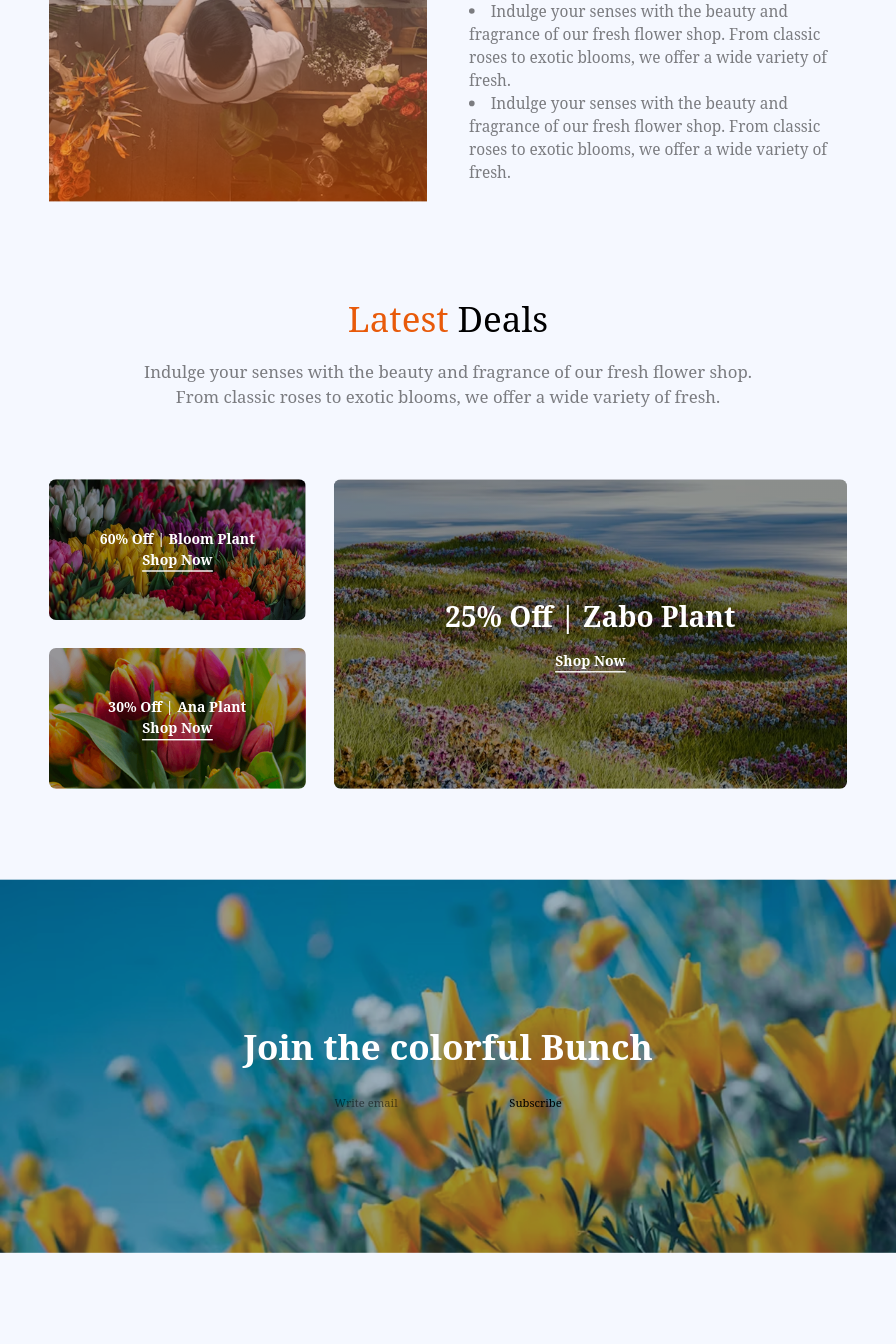
Repository: nahid-hasann/website-7
Page: index.html
These files come from the project's save history. The page is drawn as it stood at one moment and after the next save; the edit follows.
The browser window is 1280 px wide. The pictures show the part of the page from y = 2514 to 4434 px (the page is 4434 px tall), at 70% of full size.
Some web libraries are served in a nearby version.

Above is the page before, as saved 2025-07-24 21:19:19.

### index.html
<!DOCTYPE html>
<html lang="en">
<head>
    <meta charset="UTF-8">
    <meta name="viewport" content="width=device-width, initial-scale=1.0">
    <title> website-7 </title>
    <link rel="stylesheet" href="style.css">
     <script src="https://cdn.jsdelivr.net/npm/@tailwindcss/browser@4"></script>
    <link rel="stylesheet" href="https://cdnjs.cloudflare.com/ajax/libs/font-awesome/7.0.0/css/all.min.css" integrity="sha512-DxV+EoADOkOygM4IR9yXP8Sb2qwgidEmeqAEmDKIOfPRQZOWbXCzLC6vjbZyy0vPisbH2SyW27+ddLVCN+OMzQ==" crossorigin="anonymous" referrerpolicy="no-referrer" />
   <link rel="preconnect" href="https://fonts.googleapis.com">
<link rel="preconnect" href="https://fonts.gstatic.com" crossorigin>
<link href="https://fonts.googleapis.com/css2?family=Noto+Serif:ital,wght@0,100..900;1,100..900&display=swap" rel="stylesheet">
</head>
<body class="noto-serif-nahid">


    <header>
        <nav>
            <div class="nav-logo">
                <img src="assets/logo.png" alt="">
            </div>
            <div class="nav-menu">
                <ul>
                    <li class="ul-li" style="color: black; font-weight: bold;">Home</li>
                    <li class="ul-li" >Shop</li>
                    <li class="ul-li" >About us</li>
                    <li class="last-li" style="color: black;"><i class="fa-solid fa-cart-shopping"></i>Cart ($56)</li>
                </ul>
            </div>
        </nav>
    </header>

    <main>

        <section class="banner">
            <div class="banner-section">
                <div class="banner-description">
                    <h1>ALWAYS <span style="color: #e85a0a;">FRESH <br> FLOWERS</span></h1>
                    <p>Indulge your senses with the beauty and fragrance of our fresh flower shop. From classic roses to exotic blooms, we offer a wide variety of fresh flowers that are perfect for any occasion.  </p>
                </div>
                <div class="banner-img">
                    <img src="assets/hero-flower.png" alt="">
                </div>
            </div>
        </section>

        <section class="plants-section">
             <h1> <span style="color: #e85a0a;">Our</span> Plants</h1>
             <p>Indulge your senses with the beauty and fragrance of our fresh flower shop. From classic roses to exotic blooms, we offer a wide variety of fresh.</p>
             <div class="plants-card">
                <div class="card">
                    <img src="assets/sample-flower-image.png" alt="">
                    <h4>Lily Blossom</h4>
                    <h2>20 USD</h2>
                    <button class="btn">ADD TO CART</button>
                </div>
                 <div class="card">
                    <img src="assets/sample-flower-image.png" alt="">
                    <h4>Lily Blossom</h4>
                    <h2>20 USD</h2>
                    <button class="btn">ADD TO CART</button>
                </div>
                 <div class="card">
                    <img src="assets/sample-flower-image.png" alt="">
                    <h4>Lily Blossom</h4>
                    <h2>20 USD</h2>
                    <button class="btn">ADD TO CART</button>
                </div>
                 <div class="card">
                    <img src="assets/sample-flower-image.png" alt="">
                    <h4>Lily Blossom</h4>
                    <h2>20 USD</h2>
                    <button class="btn">ADD TO CART</button>
                </div>
                 <div class="card">
                    <img src="assets/sample-flower-image.png" alt="">
                    <h4>Lily Blossom</h4>
                    <h2>20 USD</h2>
                    <button class="btn">ADD TO CART</button>
                </div>
                 <div class="card">
                    <img src="assets/sample-flower-image.png" alt="">
                    <h4>Lily Blossom</h4>
                    <h2>20 USD</h2>
                    <button class="btn">ADD TO CART</button>
                </div>
                 <div class="card">
                    <img src="assets/sample-flower-image.png" alt="">
                    <h4>Lily Blossom</h4>
                    <h2>20 USD</h2>
                    <button class="btn">ADD TO CART</button>
                </div>
                 <div class="card">
                    <img src="assets/sample-flower-image.png" alt="">
                    <h4>Lily Blossom</h4>
                    <h2>20 USD</h2>
                    <button class="btn">ADD TO CART</button>
                </div>
             </div>
        </section>

        <section class="plants-lover-section">
            <div class="plants-lover-div">
                <div class="plants-lover-img">
                <img src="assets/flower-store.png" alt="">
                <div class="badge">
                    <img class="badge-img" src="assets/trusted-badge.png" alt="">
                </div>
            </div>
            <div class="plants-lover-content">
                <h1>Flower & Plants Lover</h1>
                <or>
                    <li>Indulge your senses with the beauty and fragrance of our fresh flower shop. From classic roses to exotic blooms, we offer a wide variety of fresh.</li>
                    <li>Indulge your senses with the beauty and fragrance of our fresh flower shop. From classic roses to exotic blooms, we offer a wide variety of fresh.</li>
                    <li>Indulge your senses with the beauty and fragrance of our fresh flower shop. From classic roses to exotic blooms, we offer a wide variety of fresh.</li>
                </or>
            </div>
            </div>
        </section>

        <section class="offer-main-section">

            <h1 class="text-[50px]"><span style="color: #e85a0a;">Latest</span>  Deals</h1>
            <p>Indulge your senses with the beauty and fragrance of our fresh flower shop. <br> From classic roses to exotic blooms, we offer a wide variety of fresh.</p>

           <div class="offer-section">
            <div class="card card-1">
                 <h3>60% Off | Bloom Plant</h3>
                 <a href="#">Shop Now</a>
            </div>
            <div class="card big-card">
                <h2>25% Off | Zabo Plant</h2>
                <a href="#">Shop Now</a>
            </div>
            <div class="card card-2">
                 <h3>30% Off | Ana Plant</h3>
                 <a href="#">Shop Now</a>
            </div>

           </div>

  </section>

  <section class="subscribe-section">

    <h1>Join the colorful Bunch</h1>

    <div class="subscibe">
        <input type="text" name="" placeholder="Write email" id="">
        <button>Subscribe</button>
    </div>
  </section>


    </main>




</body>
</html>

### style.css


*{
    margin: 0;
    padding: 0;
    box-sizing: border-box;
}


.noto-serif-nahid {
  font-family: "Noto Serif", serif;
  font-optical-sizing: auto;
  font-style: normal;
  font-variation-settings:
    "wdth" 100;
}

body{
    background-color: #f5f8ff;
}



/* header suru  */

header{
   margin: 20px auto;
   max-width: 1140px;
}

nav{
    display: flex;
    justify-content: space-between;
    align-items: center;
}

.nav-logo img{
    width: 100%;
}

.nav-menu ul{
     display: flex;
     gap: 30px;
     align-items: center;
     justify-content: center;
     margin: auto 0;
}

.nav-menu ul li{
    color: rgba(137, 135, 161, 1);
    font-weight: 400;
}


/* header sesh  */

/* banner-section  */

.banner{
    margin: 230px auto 130px auto;
    max-width: 1140px;

}

.banner-section{
     display: flex;
     align-items: end;
     justify-content: center;
}

.banner-description h1{
    font-size: 65px;
    font-weight: 800;

}

.banner-description p{
    font-size: 22px;
    color: #7b7c80;
}

.banner-img img{
    max-width: 570px;
}

/* banner-section  */

/* plants-section suru */

.plants-section{
    width: 1140px;
    margin: 130px auto;
}

.plants-section h1{
    text-align: center;
    font-size: 50px;
    margin-bottom: 14px;
    font-weight: 700;
}

.plants-card{
    display: grid;
    grid-template-columns: 1fr 1fr 1fr 1fr;
    gap: 30px;
    row-gap: 60px;
    margin-top: 60px;
}

.plants-section p{
    font-size: 22px;
    color: #7b7c80;
    text-align: center;
}

.card {
    display: flex;
    flex-direction: column;
    align-items: center;
    justify-content: center;
}

.card h4{
    font-size: 22px;
    font-weight: 300;
    margin-top: 18px;
}

.card h2{
    font-size: 22px;
    font-weight: 700;
    margin-bottom: 18px;
}

.btn{
    background-color: #e85a0a;
    width: 100%;
    padding: 13px 0;
    color: white;
}

/* plants-section sesh  */

/* plants-lover-section suru  */

.plants-lover-section{
    width: 1140px;
    margin: 180px auto 130px auto;
}



.plants-lover-div{
     display: grid;
     grid-template-columns: 1fr 1fr;
    align-items: center;
    justify-content: center;
    gap: 60px;
}

.plants-lover-img{
    position: relative;
}

.badge-img{
    position: absolute;
    top: -80px;
    right: -80px;
    width: 200px;
    z-index: 999;
     animation-name: zoominout;
    animation-timing-function: ease-in-out;
    animation-iteration-count: infinite;
    animation-duration: 4s;
}

@keyframes zoominout{
    0%, 100%{
        transform: scale(1);
    }

    50%{
        transform: scale(1.1);
    }
}



.plants-lover-content h1{
     font-size: 50px;
     font-weight: 700;
}

.plants-lover-content or li{
    font-size: 22px;
    color: #7b7c80;
}

/* plants-lover-section sesh  */


/* offer-section start  */

.offer-main-section{
    width: 1140px;
    margin: 130px auto;
}

.offer-main-section h1{
    text-align: center;
    margin-bottom: 20px;
}

.offer-main-section p{
    color: #7b7c80;
    text-align: center;
    margin-bottom: 100px;
    font-size: 24px;
}

.offer-section{
    display: grid;
    grid-template-columns: 1fr 2fr;
    margin: auto;
    width: 1140px;
    gap: 40px;
    grid-auto-rows: 201px;
    margin-top: 50px;
}

.card{
    border-radius: 10px;
}

.card h3{
    font-size: 20px;
    font-weight: 600;
    color: white;
}

.card a{
    border-bottom: 2px solid white;
    color: white;
    font-size: 20px;
    font-weight: 600;
}

.big-card h2{
    font-size: 40px;
    color: white;
}

.card-1{
    background: linear-gradient(rgba(0, 0, 0, 0.4), rgba(0, 0, 0, 0.4)), url('assets/deal-bloom.png') ;
    height: 201px;
    grid-column: 1;
    grid-row: 1;
     background-repeat: no-repeat;
    background-position: center;
    background-size: cover;
}

.big-card{
    background: linear-gradient(rgba(0, 0, 0, 0.4), rgba(0, 0, 0, 0.4)),   url('assets/deal-zabo.png');
    grid-column: 2;
    grid-row: span 2;
    background-repeat: no-repeat;
    background-position: center;
    background-size: cover;
}

.card-2{
        background: linear-gradient(rgba(0, 0, 0, 0.4), rgba(0, 0, 0, 0.4)),   url('assets/deal-ana.png');
        height: 201px;
        grid-column: 1;
    grid-row: 2;
     background-repeat: no-repeat;
    background-position: center;
    background-size: cover;
}

/* offer-section end  */

/* subscribe-section start  */

.subscribe-section{
    margin: 130px 0;
    background: url('assets/news-letter-bg.png') ;
    height: 533px;
    display: flex;
    flex-direction: column;
    align-items: center;
    justify-content: center;
}

.subscribe-section h1{
    font-size: 50px;
    text-align: center;
    margin-bottom: 30px;
    color: white;
    font-weight: 700;
}

.subscibe input{
    background-color: ;
}

/* subscribe-section end  */








/* media screen  */

@media screen and (max-width:575px) {
    header{
        width: 100%;
    }

nav{
    margin:0 30px;

}

.nav-logo img{
    width: 63px;
}
    .ul-li{
        display: none;
    }

    .banner{
        max-width: 575px;
        margin-top: 70px ;
        margin-bottom: 70px;
    }

    .banner-section{
        flex-direction: column-reverse;

    }

    .banner-description{
        margin-left: 30px;
    }

    .banner-description h1{
    font-size: 24px;
}

.banner-description p{
    font-size: 14px;
}

.banner-img img{
    max-width: 400px;
    margin-bottom: 80px;
}

.plants-section{
    width: 100% ;
    padding: 0 20px ;
    margin: 70px 0;

}

.plants-card{
    display: grid;
    grid-template-columns: 1fr 1fr;
    gap: 20px;
    row-gap: 40px;
}

.plants-section h1{
    font-size: 24px;
}
.plants-section p{
    font-size: 14px;
}

.card h4{
    font-size: 15px;
}

.card h2{
    font-size: 15px;
}

.btn{
    font-size: 15px;
}

.plants-lover-section{
    width: 100%;
    margin: 70px 0;
    padding: 0 20px;
}

.plants-lover-div{
    grid-template-columns: 1fr;
}

.badge-img{
    display: none;
}


.plants-lover-content h1{
    font-size: 24px;
    margin-top: -30px;
}

.plants-lover-content or li{
    font-size: 14px;
}

.plants-lover-content or li:nth-child(2){
    margin-top: 15px;
    margin-bottom: 15px;
}

.plants-lover-content or li:first-child{
    margin-top: 15px;
}

.offer-main-section{
    width: 100%;
    padding: 0 20px;
    margin-top: 70px ;
    margin-bottom: 70px;
}

.offer-main-section h1{
    font-size: 24px;
}

.offer-main-section p{
    font-size: 14px;
    margin-top: 15px;
}

.offer-section{
    grid-template-columns: 1fr;
    width: 100%;
    margin: 0px 0 70px 0;
    padding: 0 20px;
}

.card h3 {
    font-size: 15px;
}

.card a{
    font-size: 15px;
}

.big-card h2{
    font-size: 15px;
}

.card-1{
    grid-column: 1;
    grid-row: 1;
}

.card-2{
    grid-column: 1;
    grid-row: 2;
}

.big-card{
    grid-column: 1;
    grid-row: 3;
}


}

After the next save:
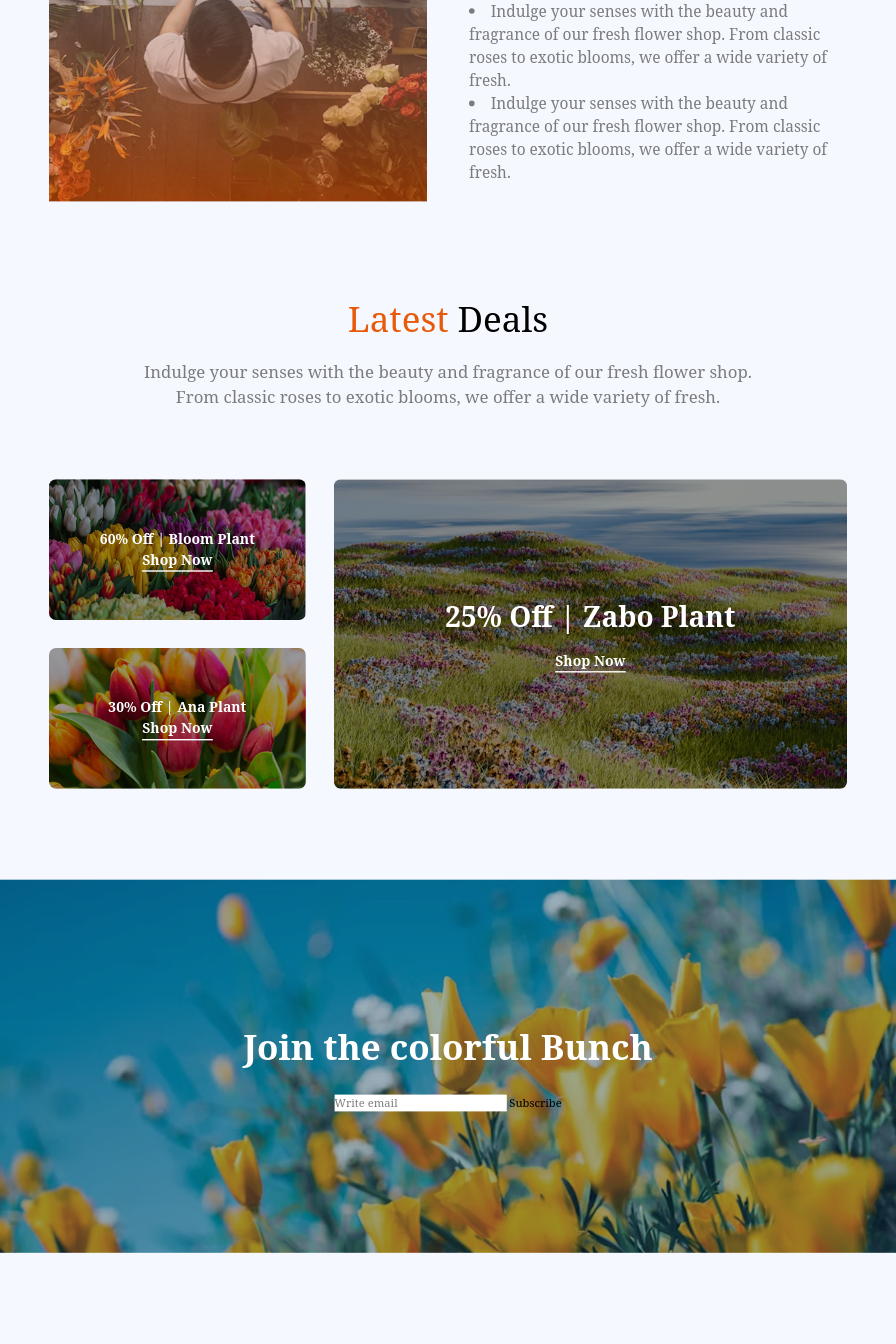
Saved 4 s later.
--- a/style.css
+++ b/style.css
@@ -302,7 +302,7 @@ nav{
 }
 
 .subscibe input{
-    background-color: ;
+    background-color: white;
 }
 
 /* subscribe-section end  */
